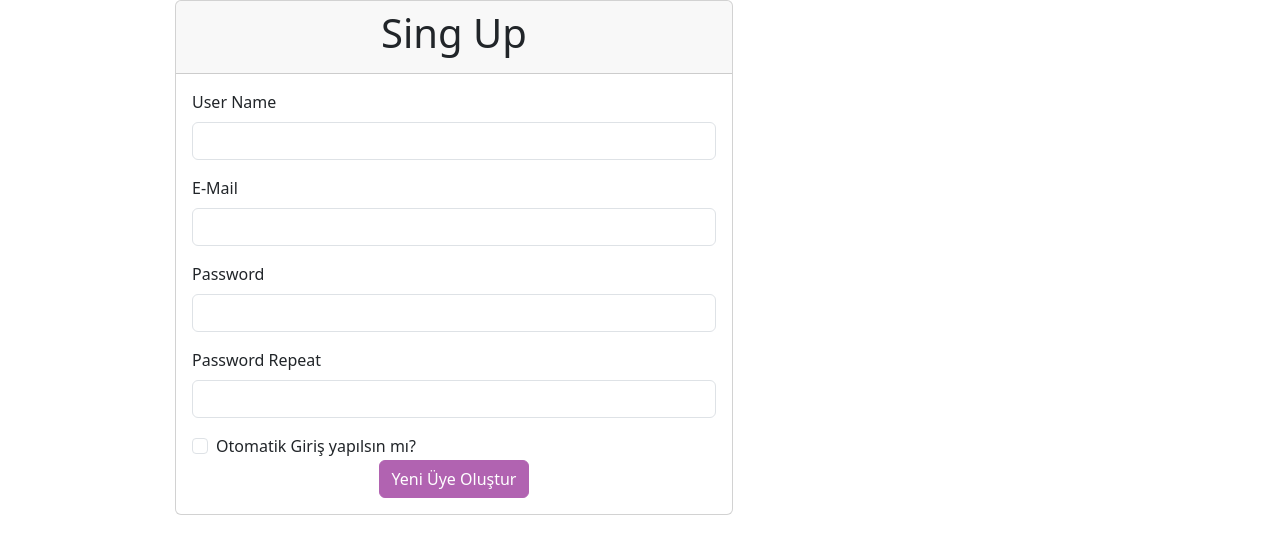
Repository: gursoyfahrettin20/startupProjectWeb
Page: /
An editor plug-in stored every save of this project. The page is shown before and after the next save, followed by the edit.
The browser window is 1280 px wide. The pictures show the whole page.
The project was rebuilt for these pictures with package versions that can differ from the ones it lists, and the page was loaded fresh each time. Also part of the build but not shown: vite.config.js.

Above is the page before, as saved 2024-01-18 00:06:58.

After the next save:
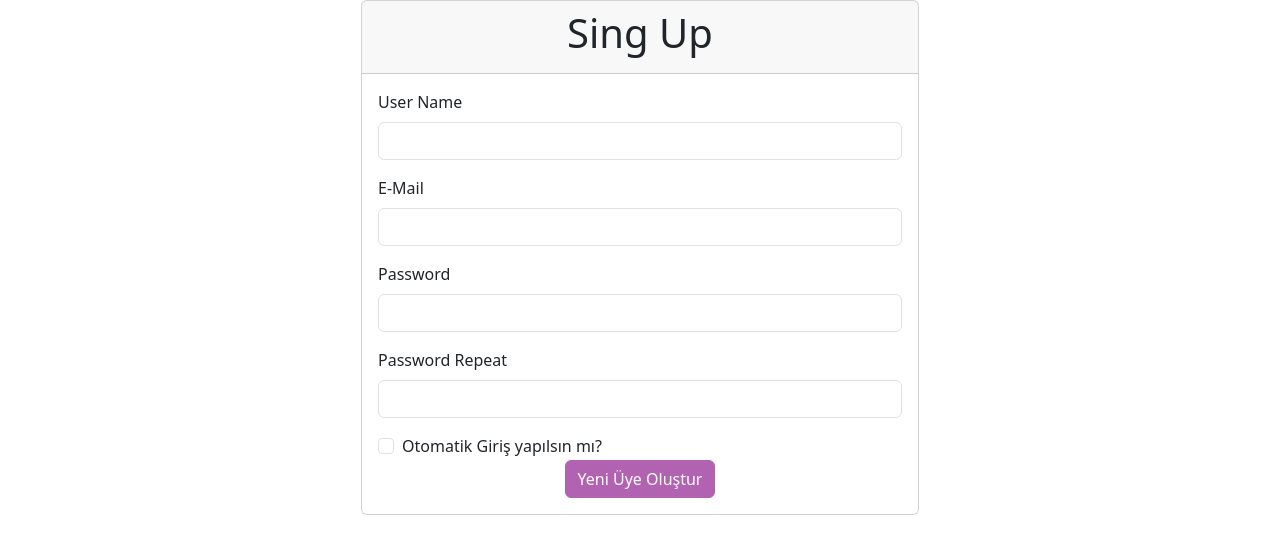
Saved 52 s later.
--- a/src/pages/SignUp/index.jsx
+++ b/src/pages/SignUp/index.jsx
@@ -63,7 +63,7 @@ function index() {
 
     return (
         <div className='container'>
-            <form className='card col-lg-6 offset-lg-1 col-sm-8 offset-sm-2' onSubmit={onSubmit}>
+            <form className='card col-lg-6 offset-lg-3' onSubmit={onSubmit}>
                 <div className='col-lg-12'>
                     <div className='text-center card-header'>
                         <h1>Sing Up</h1>
